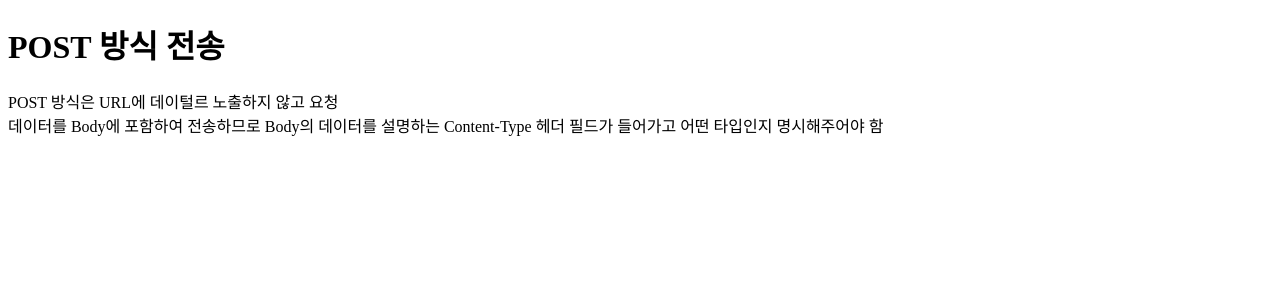
Repository: chuhj1226/servlet
Page: workspace/1_Servlet/WebContent/views/testServlet2.html
The author's editor kept a copy of each file at every save. The page is drawn from the files as they stood at one save, then again after the next save.
The browser window is 1280 px wide. The pictures show the whole page.

Above is the page before, as saved 2021-10-04 11:08:40.

### workspace/1_Servlet/WebContent/views/testServlet2.html
<!DOCTYPE html>
<html>
<head>
<meta charset="UTF-8">
<title>POST 방식 전송</title>
</head>
<body>
	<h1>POST 방식 전송</h1>
	<p>
		POST 방식은 URL에 데이털르 노출하지 않고 요청<br>
		데이터를 Body에 포함하여 전송하므로 Body의 데이터를 설명하는 Content-Type 헤더 필드가 들어가고
		어떤 타입인지 명시해주어야 함<br>
	</p>

</body>
</html>

After the next save:
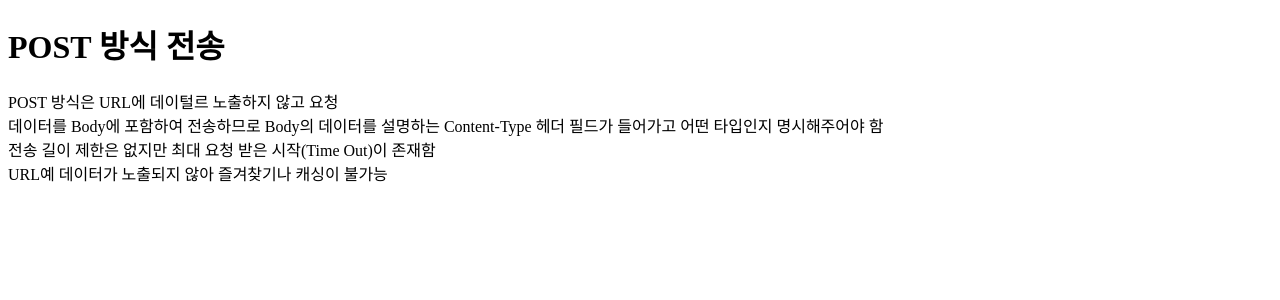
Saved 36 s later.
--- a/workspace/1_Servlet/WebContent/views/testServlet2.html
+++ b/workspace/1_Servlet/WebContent/views/testServlet2.html
@@ -10,6 +10,8 @@
 		POST 방식은 URL에 데이털르 노출하지 않고 요청<br>
 		데이터를 Body에 포함하여 전송하므로 Body의 데이터를 설명하는 Content-Type 헤더 필드가 들어가고
 		어떤 타입인지 명시해주어야 함<br>
+		전송 길이 제한은 없지만 최대 요청 받은 시작(Time Out)이 존재함<br>
+		URL예 데이터가 노출되지 않아 즐겨찾기나 캐싱이 불가능
 	</p>
 
 </body>
